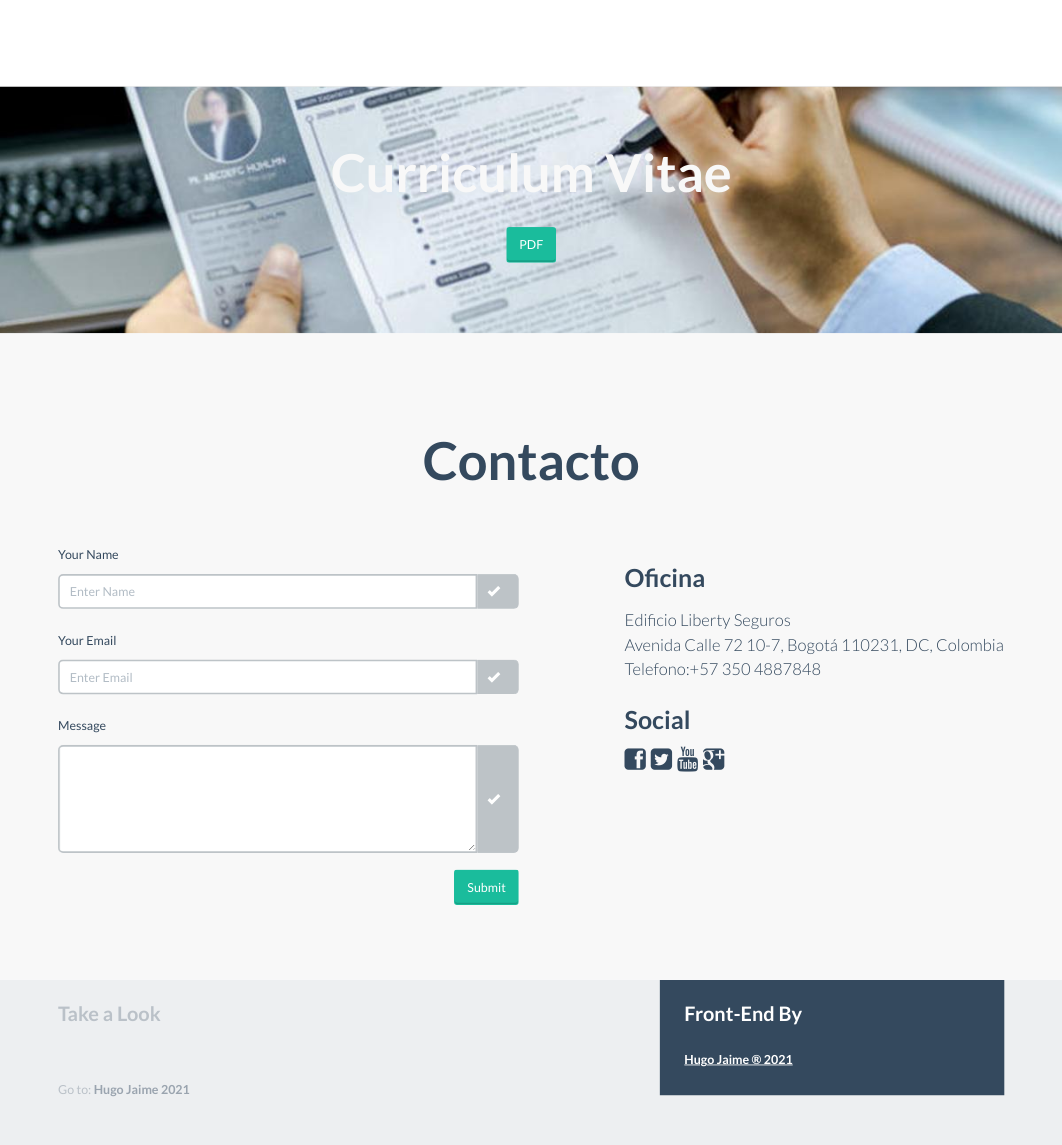
Repository: hugojaimeb/VicentePerez
Page: index.html
These files come from the project's save history. The page is drawn as it stood at one moment and after the next save; the edit follows.
The browser window is 1280 px wide. The pictures show the part of the page from y = 3109 to 4489 px (the page is 4489 px tall before and 4192 px after), at 83% of full size.

Above is the page before, as saved 2022-09-14 17:40:46.
Console error: TypeError: Cannot read properties of null (reading 'offsetHeight')

After the next save:
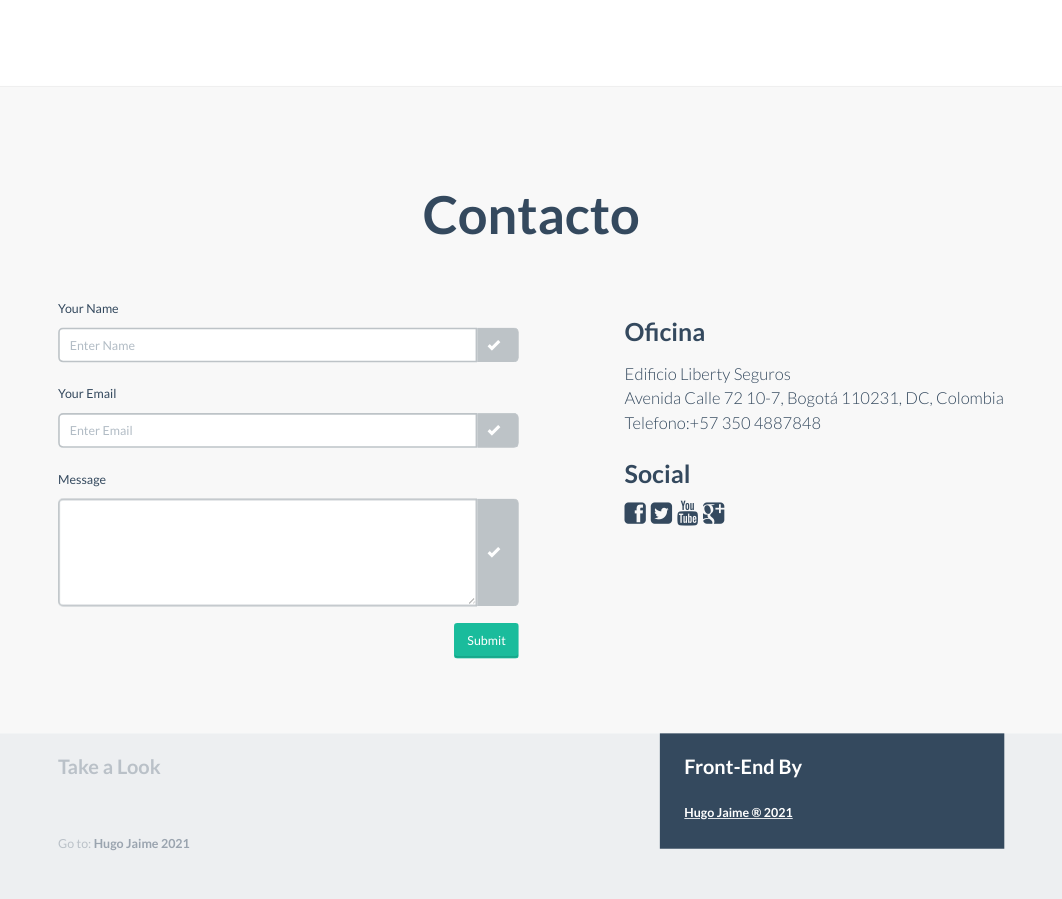
Saved 55 s later.
--- a/index.html
+++ b/index.html
@@ -371,7 +371,7 @@
     </div>
 
     <!-- Banner Download -->
-    <div id="downloadlink" class="banner">
+    <!--<div id="downloadlink" class="banner">
       <div class="container">
         <div class="row">
           <div class="col-md-6 col-md-offset-3 text-center wrap_title">
@@ -383,7 +383,7 @@
           </div>
         </div>
       </div>
-    </div>
+    </div>-->
 
     <!-- Contact -->
     <div id="contact" class="content-section-a">
